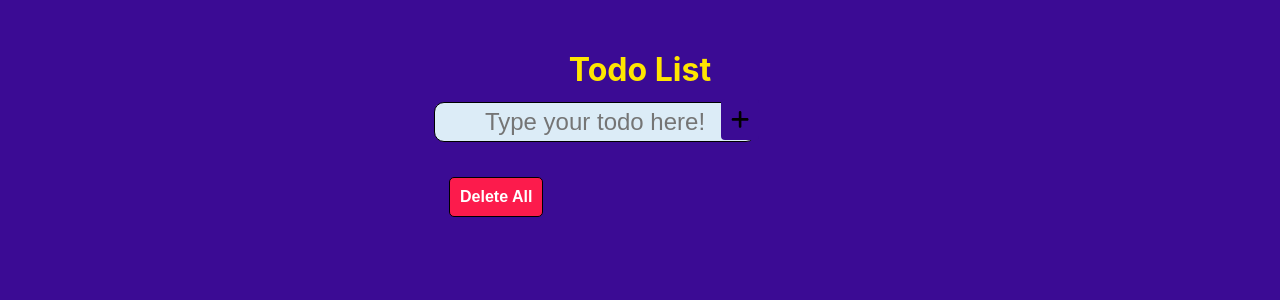
Repository: badhon252/todo-app
Page: /
These files come from the project's save history. The page is drawn as it stood at one moment and after a run of saves; the edit follows.
The browser window is 1280 px wide. The pictures show the whole page.
The project was rebuilt for these pictures with package versions that can differ from the ones it lists, and the page was loaded fresh each time.

Above is the page before, as saved 2022-01-26 17:47:15.

### public/index.html
<!DOCTYPE html>
<html lang="en">

<head>
  <meta charset="utf-8" />
  <link rel="icon" href="%PUBLIC_URL%/favicon.ico" />
  <meta name="viewport" content="width=device-width, initial-scale=1" />
  <meta name="theme-color" content="#000000" />
  <meta name="description" content="Web site created using create-react-app" />
  <link rel="apple-touch-icon" href="%PUBLIC_URL%/logo192.png" />

  <link rel="manifest" href="%PUBLIC_URL%/manifest.json" />

  <link rel="stylesheet" href="https://cdnjs.cloudflare.com/ajax/libs/font-awesome/5.15.4/css/all.min.css"
    integrity="sha512-1ycn6IcaQQ40/MKBW2W4Rhis/DbILU74C1vSrLJxCq57o941Ym01SwNsOMqvEBFlcgUa6xLiPY/NS5R+E6ztJQ=="
    crossorigin="anonymous" referrerpolicy="no-referrer" />
  <title>React App</title>
</head>

<body>
  <noscript>You need to enable JavaScript to run this app.</noscript>
  <div id="root"></div>
  <!--
      This HTML file is a template.
      If you open it directly in the browser, you will see an empty page.

      You can add webfonts, meta tags, or analytics to this file.
      The build step will place the bundled scripts into the <body> tag.

      To begin the development, run `npm start` or `yarn start`.
      To create a production bundle, use `npm run build` or `yarn build`.
    -->
</body>

</html>

### src/App.js
import Todo from "./components/Todo";

function App() {
  return (
    <div className="App">
      <Todo />
    </div>
  );
}

export default App;

### src/components/Todo.js
import React, { useState } from "react";
import { FontAwesomeIcon } from "@fortawesome/react-fontawesome";
import { faPlus, faTrash, faEdit } from "@fortawesome/free-solid-svg-icons";
import "../Styles/style.css";

export default function Todo() {
  const [inputItems, setInputItems] = useState("");
  const [todo, setTodo] = useState([]);

  const addItems = () => {
    if (!inputItems) {
      alert("Your input field is blank!!");
    } else {
      const myNewInput = {
        id: new Date().getTime().toString(),
        name: inputItems,
      };
      setTodo((e) => [...todo, myNewInput]);
      setInputItems("");
    }
  };

  const handleClick = (index) => {
    const updateItems = todo.filter((current) => {
      return current.id !== index;
    });
    setTodo(updateItems);
  };

  return (
    <div className="main-div">
      <h1>Todo List</h1>
      <div className="inputs">
        <input
          type="text"
          name=""
          id="input-box"
          placeholder="Type your todo here!"
          value={inputItems}
          onChange={(e) => setInputItems(e.target.value)}
        />
        <FontAwesomeIcon icon={faPlus} className="add-btn" onClick={addItems} />

        {/* <button type="submit" className="add-btn" onClick={addItems}>
          Add
        </button> */}
      </div>
      {/* showing items =============== */}
      <div className="show-items">
        {todo.map((currentItems) => {
          return (
            <div key={currentItems.id}>
              <li className="todo-item">
                {currentItems.name}
                <FontAwesomeIcon icon={faEdit} className="icon edit" />
                <FontAwesomeIcon
                  icon={faTrash}
                  className="icon delete"
                  onClick={() => handleClick(currentItems.id)}
                />
              </li>
            </div>
          );
        })}
        <input
          type="button"
          value="Delete All"
          className="delete-all"
          onClick={() => setTodo([])}
        />
      </div>
    </div>
  );
}

### src/Styles/style.css
* {
  margin: 0;
  padding: 0;
  background-color: #3b0b94;
}

.main-div {
  padding-top: 50px;
  margin: auto;
  /* text-align: center; */
  width: 27rem;
}
h1 {
  color: #ffe600;
  text-align: center;
}
#input-box {
  color: #000000;
  padding: 5px;
  font-size: 1.5rem;
  border: 1px solid #000;
  background-color: #dcecf7;
  border-radius: 10px;
  text-align: center;
}
.inputs {
  margin: 10px;
}

.add-btn {
  padding: 10px;
  /* background-color: rgb(0, 255, 64); */
  color: rgb(0, 0, 0);
  /* border: 1px solid rgb(0, 0, 0); */
  font-weight: 700;
  font-size: 1.3rem;
  border-radius: 4px;
  cursor: pointer;
  margin-bottom: -7px;
  margin-left: -35px;
}

.icon {
  margin: 0 10px;
  border-radius: 5px;
  cursor: pointer;
  /* background-color: rgb(0, 255, 34); */
  /* color: rgb(0, 0, 0); */
  /* border: 1px solid black; */
  /* font-weight: 700; */
}

.edit {
  margin-left: 50px;
}
.delete:hover {
  color: red;
}
.edit:hover {
  color: rgb(0, 255, 0);
}

.todo-item {
  /* background-color: #5b0080; */
  padding: 5px;
  color: white;
  font-size: 20px;
  font-weight: 700;
}
.delete-all {
  background-color: rgb(252, 27, 76);
  color: rgb(255, 255, 255);
  font-weight: 600;
  border: 1px solid black;
  border-radius: 5px;
  font-size: 1rem;
  padding: 10px;
  margin: 25px;
  cursor: pointer;
}
li {
  background-color: #2b007c;
  margin: 0 0 5px 30px;
}

Loaded but not shown: src/index.js (common file); src/index.css (common file); src/reportWebVitals.js (common file)

After the next 2 saves:
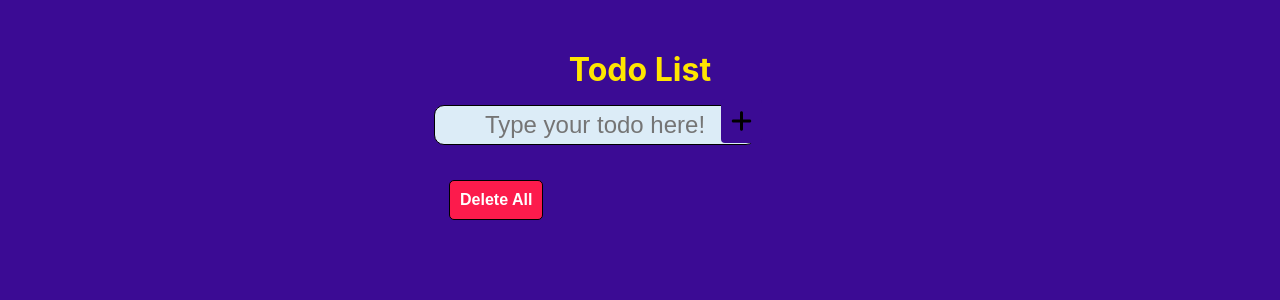
The 2 saves are shown as one change because they came seconds apart.
The last was saved 7 s later.
--- a/src/Styles/style.css
+++ b/src/Styles/style.css
@@ -33,7 +33,7 @@ h1 {
   color: rgb(0, 0, 0);
   /* border: 1px solid rgb(0, 0, 0); */
   font-weight: 700;
-  font-size: 1.3rem;
+  font-size: 1.5rem;
   border-radius: 4px;
   cursor: pointer;
   margin-bottom: -7px;
